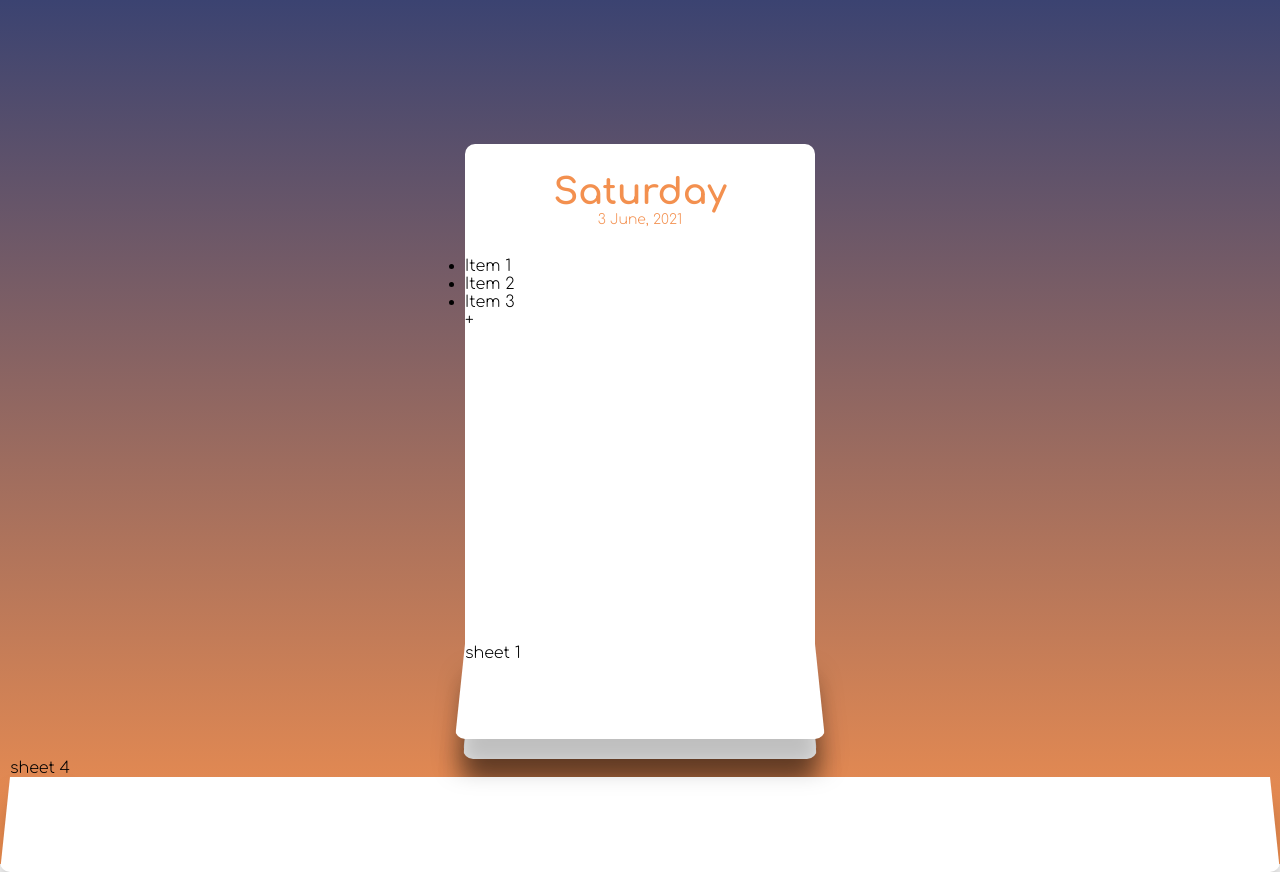
Repository: Colo-Codes/mini-projects
Page: todo-app/index.html
An editor plug-in stored every save of this project. The page is shown before and after the next save, followed by the edit.
The browser window is 1280 px wide. The pictures show the whole page.

Above is the page before, as saved 2021-07-04 11:49:08.

### todo-app/index.html
<!DOCTYPE html>
<html lang="en">
    <head>
        <meta charset="UTF-8" />
        <meta http-equiv="X-UA-Compatible" content="IE=edge" />
        <meta name="viewport" content="width=device-width, initial-scale=1.0" />
        <link rel="stylesheet" href="./css/index.css" />
        <title>Mini-Project - ToDo app</title>
    </head>
    <body>
        <div class="changing-background">
            <main class="todo">
                <section id="todo--header">
                    <header>Saturday</header>
                    <p>3 June, 2021</p>
                </section>
                <section id="todo--tasks-list">
                    <ul>
                        <li class="todo--tasks-list--item">Item 1</li>
                        <li class="todo--tasks-list--item">Item 2</li>
                        <li class="todo--tasks-list--item">Item 3</li>
                    </ul>
                </section>
                <section id="todo--footer">
                    <p>+</p>
                </section>
            </main>
            <div id="sheet-1-3d">sheet 1</div>
            <div id="sheet-2-3d">sheet 2</div>
            <div id="sheet-3-3d">sheet 3</div>
            <div id="sheet-4-3d">sheet 4</div>
        </div>
    </body>
</html>

### todo-app/css/index.css
@import url('https://fonts.googleapis.com/css2?family=Comfortaa:wght@300;700&display=swap');

/* Initial reset */

html {
    box-sizing: border-box;
    font-size: 16px;
}

*,
*:before,
*:after {
    box-sizing: inherit;
    margin: 0;
    padding: 0;
    /*outline: 1px dashed blue; /* Debugging purposes */
}

body {
    font-family: 'Comfortaa', cursive;
    background: #f3904f; /* fallback for old browsers */
    background: -webkit-linear-gradient(
        to bottom,
        #3b4371,
        #f3904f
    ); /* Chrome 10-25, Safari 5.1-6 */
    background: linear-gradient(
        to bottom,
        #3b4371,
        #f3904f
    ); /* W3C, IE 10+/ Edge, Firefox 16+, Chrome 26+, Opera 12+, Safari 7+ */
    background-repeat: no-repeat;
    background-size: cover;
    height: 100vh;
}

.todo {
    margin: auto;
    margin-top: 20vh;
    width: 350px;
    height: 500px;
    background-color: white;
    border-radius: 10px 10px 0 0;
}

div [id^='sheet-'] {
    margin: auto;
    border-radius: 0 0 10px 10px;
    -webkit-filter: drop-shadow(0px 30px 12px rgba(0, 0, 0, 0.25));
    filter: drop-shadow(0px 30px 12px rgba(0, 0, 0, 0.25));
    -ms-filter: "progid:DXImageTransform.Microsoft.Dropshadow(OffX=0, OffY=30, Color='#444')";
    filter: "progid:DXImageTransform.Microsoft.Dropshadow(OffX=0, OffY=30, Color='#444')";
    /* trapezoidal shape */
    border-bottom: 95px solid white;
    border-left: 10px solid transparent;
    border-right: 10px solid transparent;
}
#sheet-1-3d {
    width: 370px;
    height: 95px;
    margin: auto;
    border-radius: 0 0 10px 10px;

    position: relative;
    z-index: 1;
}
#sheet-2-3d {
    width: 354px;
    height: 95px;
    margin: auto;
    margin-top: -80px;
    border-radius: 0 0 10px 10px;
    z-index: -1;
}
#sheet-3-3d {
    width: 354px;
    height: 95px;
    margin: auto;
    margin-top: -90px;
    border-radius: 0 0 10px 10px;
    z-index: -2;
}

#todo--header header {
    padding-top: 1.75rem;
    font-size: 2.25rem;
    font-weight: 700;
    text-align: center;
    color: #f3904f;
}

#todo--header p {
    font-size: 0.875rem;
    text-align: center;
    color: #f3904f;
}

#todo--tasks-list {
    margin-top: 1.875rem;
}

After the next save:
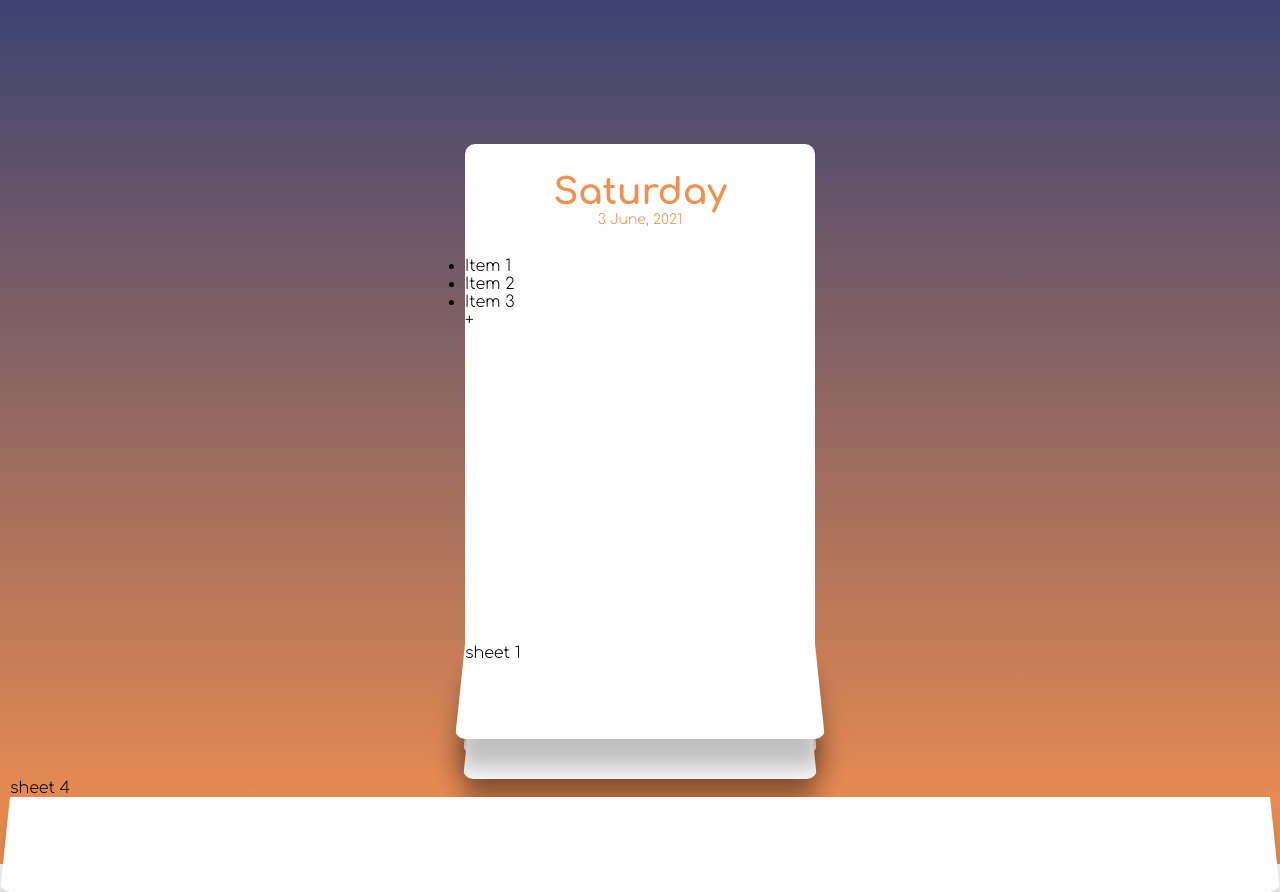
Saved 5 s later.
--- a/todo-app/css/index.css
+++ b/todo-app/css/index.css
@@ -76,7 +76,7 @@ div [id^='sheet-'] {
     width: 354px;
     height: 95px;
     margin: auto;
-    margin-top: -90px;
+    margin-top: -70px;
     border-radius: 0 0 10px 10px;
     z-index: -2;
 }
